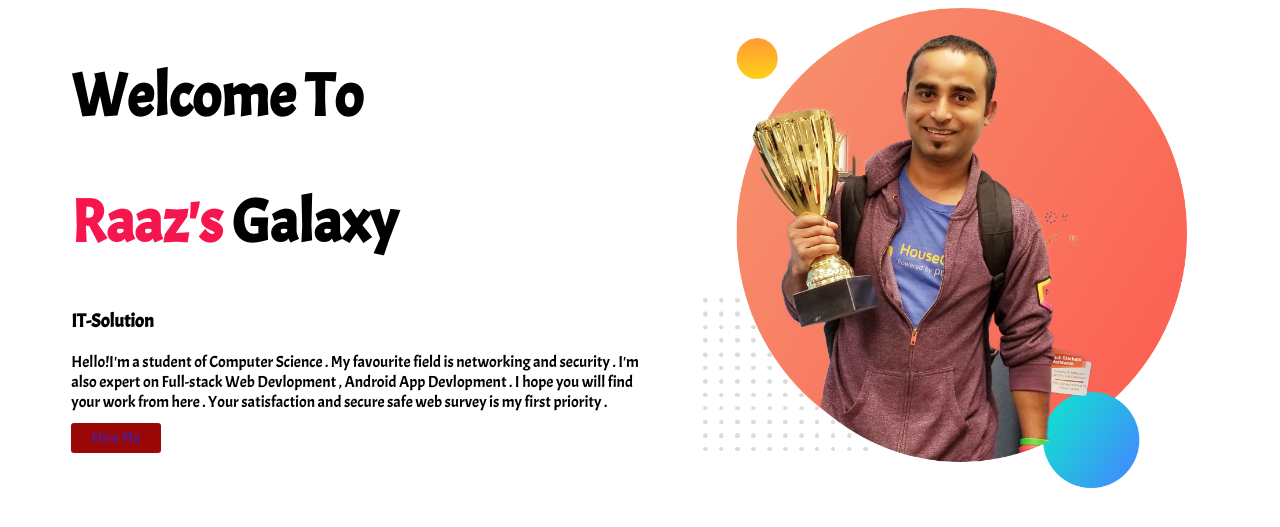
Repository: ramizraaz/my-portfolio
Page: about.html
An editor plug-in stored every save of this project. The page is shown before and after the next save, followed by the edit.
The browser window is 1280 px wide. The pictures show the whole page.

Above is the page before, as saved 2022-01-13 18:33:20.

After the next save:
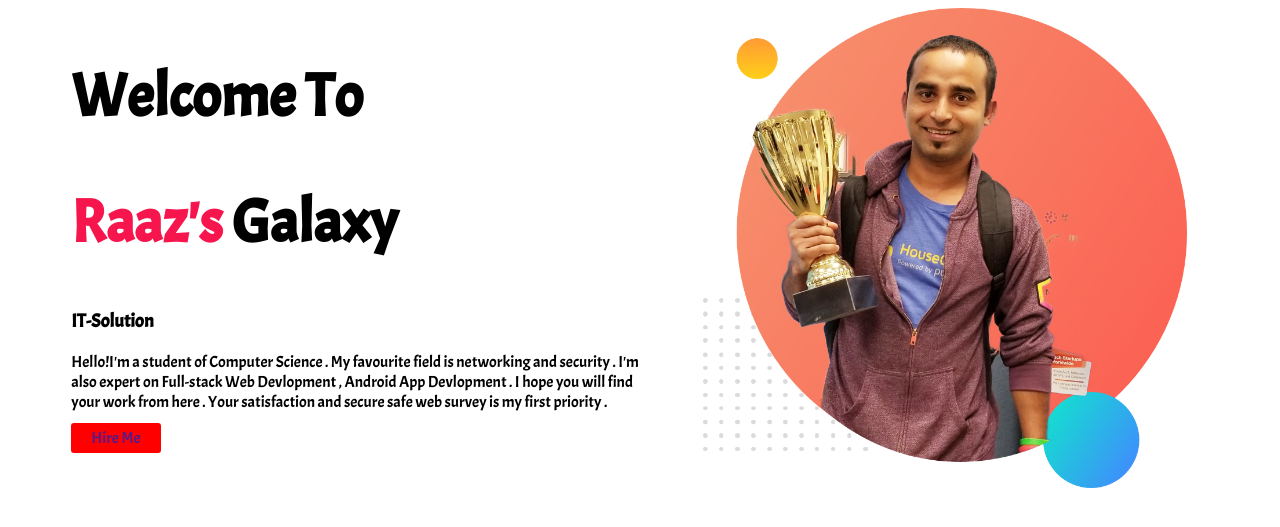
Saved 2 min 1 s later.
--- a/design.css
+++ b/design.css
@@ -28,7 +28,7 @@
 
 .link-button {
     text-decoration: none;
-    background-color: #990707;
+    background-image: linear-gradient(red, red);
     padding: 5px 20px;
     border-radius: 3px;
 }
